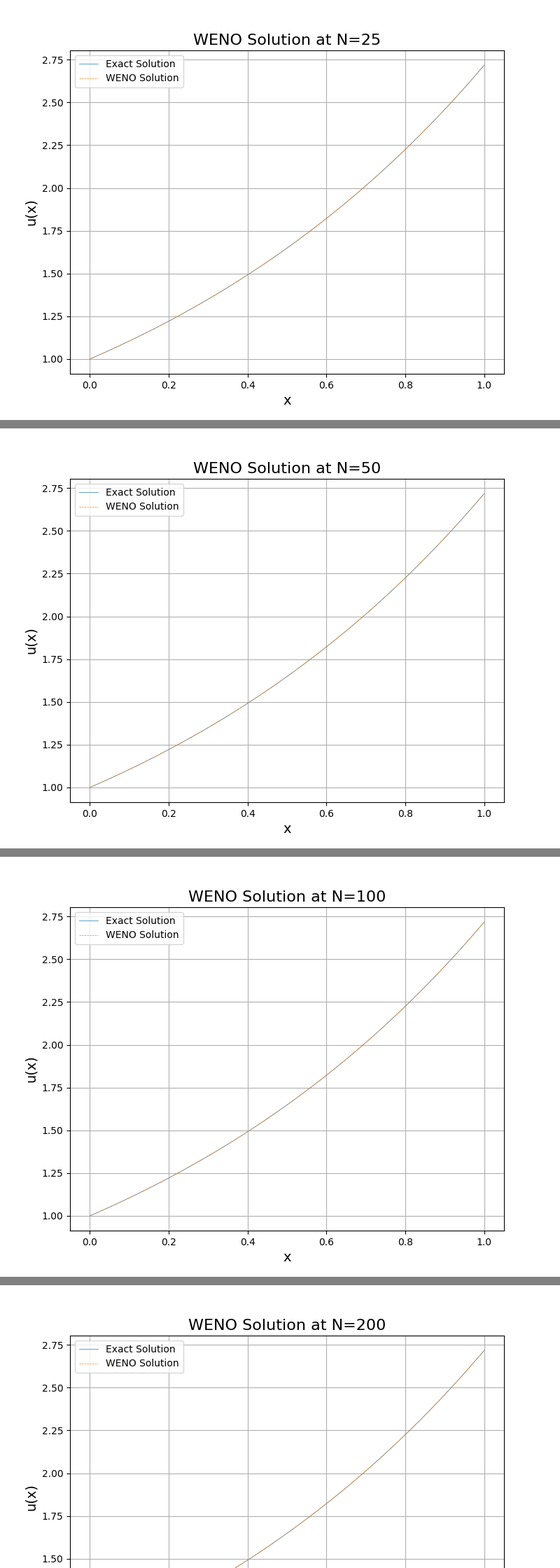
Repository: mishiroo/WENO
Script's output: python main.py
The author's editor kept a copy of each file at every save. The script's output is drawn from the files as they stood at one save, then again after the next save.
The pictures show rows 0 to 2240 of an output 3048 px tall, at 70% of full size.
Each picture stacks the figures in order, with grey between them; figures that are only written to a file come last. Random numbers start from a fixed seed.

Above is the script's output before, as saved 2024-12-12 15:24:05.

After the next save:
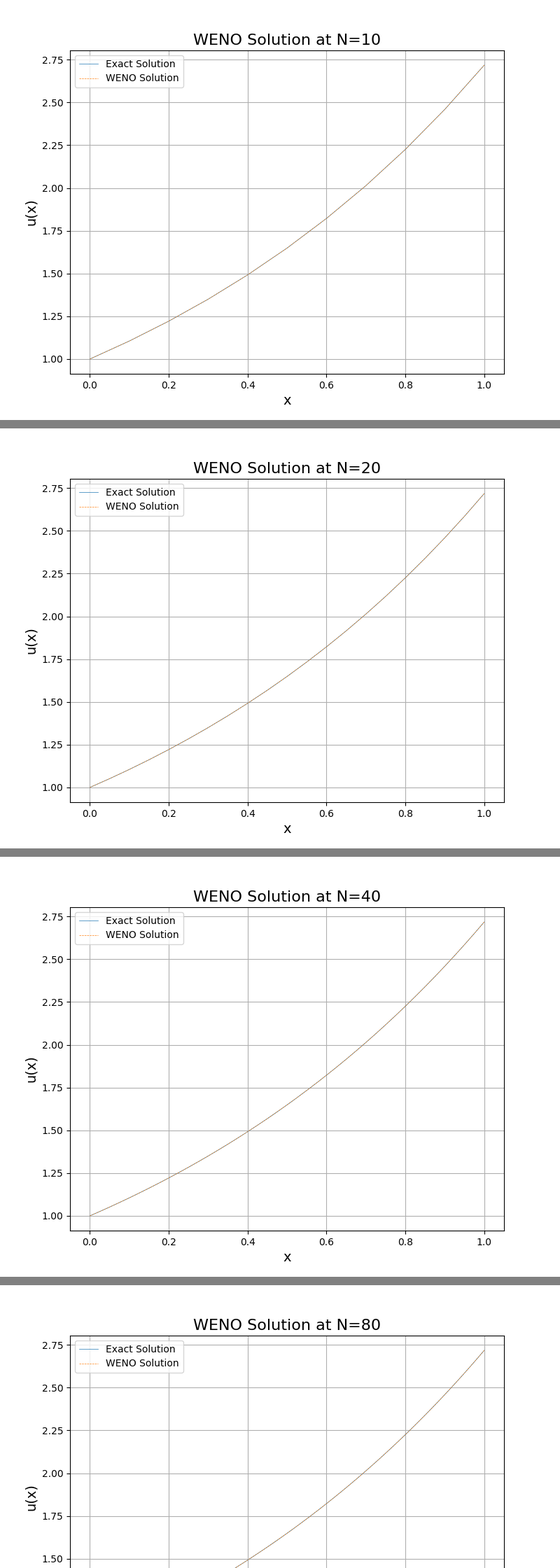
Saved 21 s later.
--- a/main.py
+++ b/main.py
@@ -4,7 +4,7 @@ import numpy as np
 
 # 计算误差阶
 # N: Num of cells
-NList = [25, 50, 100, 200, 400]
+NList = [10, 20, 40, 80, 160]
 # 存储计算结果
 l2_err_list = []
 linf_err_list = []
